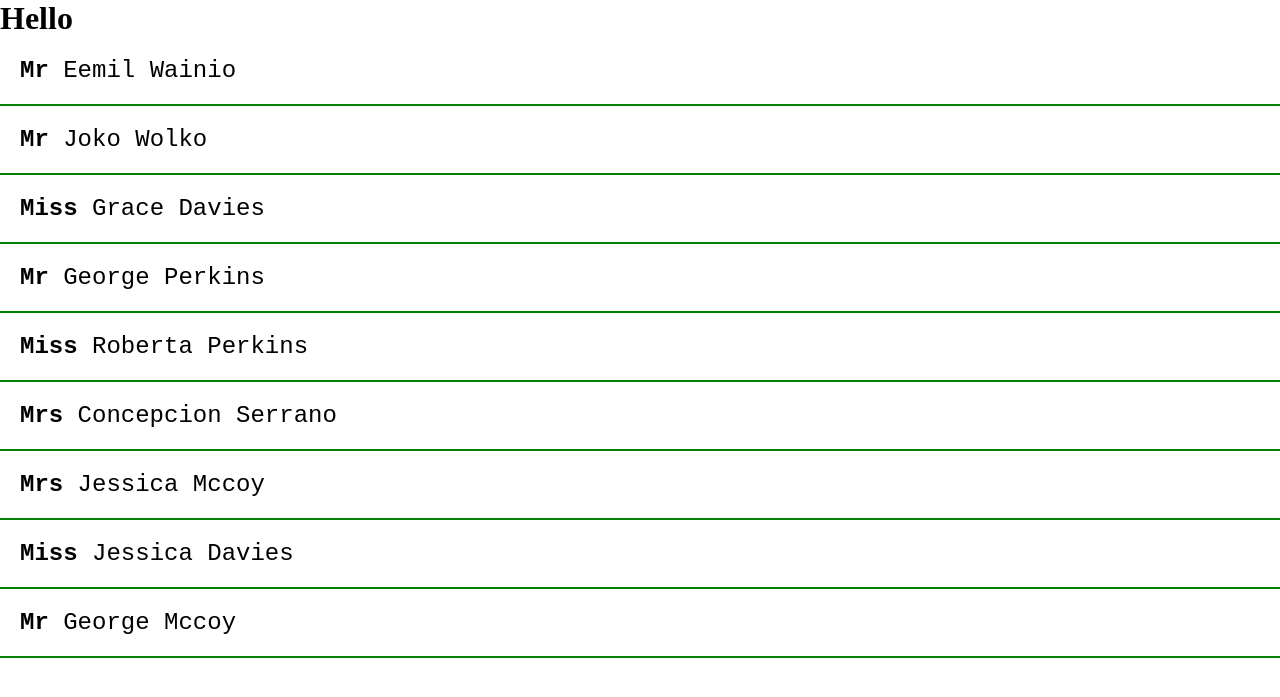
Repository: KrzysKolo/sr_tydzien5_zad4
Page: /
The author's editor kept a copy of each file at every save. The page is drawn from the files as they stood at one save, then again after the next save.
The browser window is 1280 px wide. The pictures show the whole page.
The project was rebuilt for these pictures with package versions that can differ from the ones it lists, and the page was loaded fresh each time.

Above is the page before, as saved 2021-01-03 04:58:13.

### public/index.html
<!DOCTYPE html>
<html lang="en">
  <head>
    <meta charset="utf-8" />
    <link rel="icon" href="%PUBLIC_URL%/favicon.ico" />
    <meta name="viewport" content="width=device-width, initial-scale=1" />
    <meta name="theme-color" content="#000000" />
    <meta
      name="description"
      content="Web site created using create-react-app"
    />
    <link rel="apple-touch-icon" href="%PUBLIC_URL%/logo192.png" />
    <!--
      manifest.json provides metadata used when your web app is installed on a
      user's mobile device or desktop. See https://developers.google.com/web/fundamentals/web-app-manifest/
    -->
    <link rel="manifest" href="%PUBLIC_URL%/manifest.json" />
    <!--
      Notice the use of %PUBLIC_URL% in the tags above.
      It will be replaced with the URL of the `public` folder during the build.
      Only files inside the `public` folder can be referenced from the HTML.

      Unlike "/favicon.ico" or "favicon.ico", "%PUBLIC_URL%/favicon.ico" will
      work correctly both with client-side routing and a non-root public URL.
      Learn how to configure a non-root public URL by running `npm run build`.
    -->
    <title>User search</title>
  </head>
  <body>
    <noscript>You need to enable JavaScript to run this app.</noscript>
    <div id="root"></div>
    <!--
      This HTML file is a template.
      If you open it directly in the browser, you will see an empty page.

      You can add webfonts, meta tags, or analytics to this file.
      The build step will place the bundled scripts into the <body> tag.

      To begin the development, run `npm start` or `yarn start`.
      To create a production bundle, use `npm run build` or `yarn build`.
    -->
  </body>
</html>

### src/App.js
import React from 'react';
import UsersContainer from './components/UsersContainer';
import './App.css';


const App = () => {

  return (
    <>
      <h1>Hello</h1>
      <UsersContainer/>
    </>
  )
}

export default App;

### src/components/UsersContainer.js
import React, { useState, useEffect } from 'react';


const UsersContainer = () => {

  const UsersAPI = '/users.json';

  const [ users, setUsers ] = useState([]);

  useEffect(() => {

    fetch(UsersAPI)
      .then(res => res.json())
      .then(data => {
        console.log(data.users);
        setUsers(data.users);
      })
    }, []);

    const user = users.map(user => (
      <li className="user" key={user.id}><b>{user.title}</b> {user.first} {user.last}</li>
    ))
    return (
        <ul>
					{user}
        </ul>
    )
}

export default UsersContainer;

### src/App.css
* {
  box-sizing: border-box;
  padding: 0;
  margin: 0;
}
.user {
  font-size: 1.5rem;
  font-family: "Courier New", Courier, monospace;
  padding: 20px;
  border-bottom: 2px solid green;
  list-style: none;
}

### public/users.json
{
    "users": [
      {
        "id": 1,
        "title": "Mr",
        "first": "Eemil",
        "last": "Wainio"
       },
      {
        "id": 2,
        "title": "Mr",
        "first": "Joko",
        "last": "Wolko"
      },
      {
        "id": 3,
        "title": "Miss",
        "first": "Grace",
        "last": "Davies"
      },
      {
        "id": 4,
        "title": "Mr ",
        "first": "George ",
        "last": "Perkins"
      },
      {
        "id": 5,
        "title": "Miss",
        "first": "Roberta ",
        "last": "Perkins"
      },
      {
        "id": 6,
        "title": "Mrs ",
        "first": "Concepcion ",
        "last": "Serrano"
      },
      {
        "id": 7,
        "title": "Mrs ",
        "first": "Jessica ",
        "last": "Mccoy"
      },
      {
        "id": 8,
        "title": "Miss",
        "first": "Jessica",
        "last": "Davies"
      },
      {
        "id": 9,
        "title": "Mr",
        "first": "George",
        "last": "Mccoy"
      }
    ]
  }

Loaded but not shown: src/index.js (common file)

After the next save:
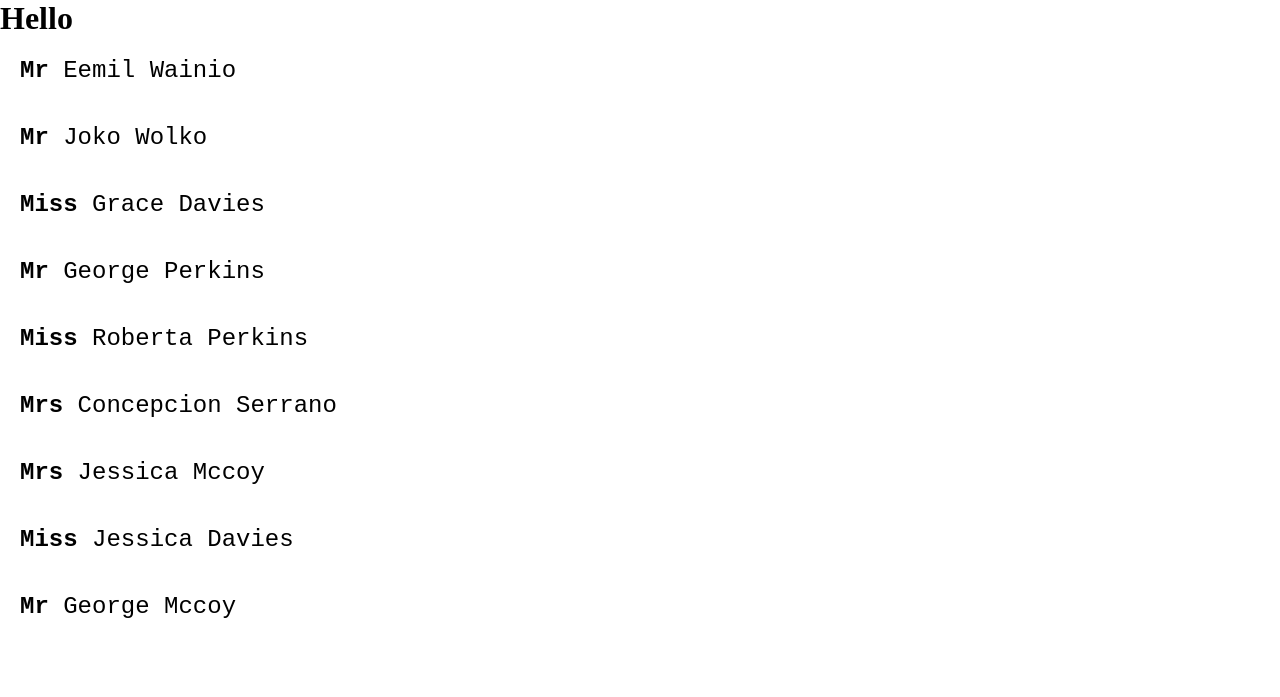
Saved 28 s later.
--- a/src/App.css
+++ b/src/App.css
@@ -7,6 +7,5 @@
   font-size: 1.5rem;
   font-family: "Courier New", Courier, monospace;
   padding: 20px;
-  border-bottom: 2px solid green;
   list-style: none;
 }
